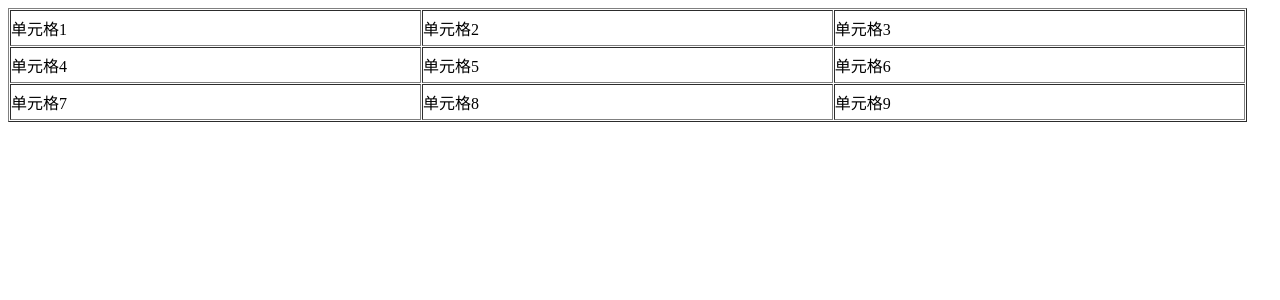
Repository: bookFireFly/bookFireFly
Page: HtmlAndCSS/鼠标经过单元格时提示P36.html
The author's editor kept a copy of each file at every save. The page is drawn from the files as they stood at one save, then again after the next save.
The browser window is 1280 px wide. The pictures show the whole page.

Above is the page before, as saved 2017-10-18 07:10:39.

### HtmlAndCSS/鼠标经过单元格时提示P36.html
<!DOCTYPE html>
<html>
<head>
<meta charset="UTF-8">
<title>鼠标经过单元格时提示P36.html</title>
</head>
<body>
<table width="98%" height="114" border="1" cellpadding="0" cellspacing="1" bgcolor="#FFFFFF">
  <tr>
    <td bgcolor="#FFFFFF" title="单元格1">单元格1</td>
    <td bgcolor="#FFFFFF" title="单元格2">单元格2</td>
    <td bgcolor="#FFFFFF" title="单元格3">单元格3</td>
  </tr>
  <tr>
    <td bgcolor="#FFFFFF" title="单元格4">单元格4</td>
    <td bgcolor="#FFFFFF" title="单元格5">单元格5</td>
    <td bgcolor="#FFFFFF" title="单元格6">单元格6</td>
  </tr>
  <tr>
    <td bgcolor="#FFFFFF" title="单元格7">单元格7</td>
    <td bgcolor="#FFFFFF" title="单元格8">单元格8</td>
    <td bgcolor="#FFFFFF" title="单元格9">单元格9</td>
  </tr>
</table>
</body>
</html>

After the next save:
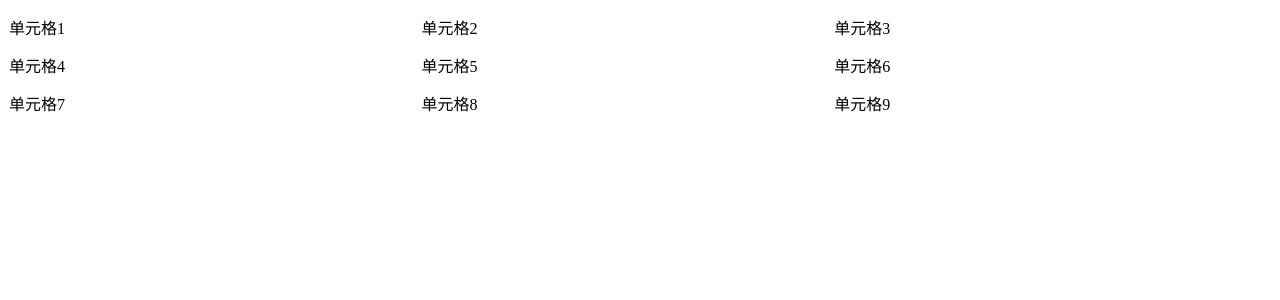
Saved 12 s later.
--- a/HtmlAndCSS/鼠标经过单元格时提示P36.html
+++ b/HtmlAndCSS/鼠标经过单元格时提示P36.html
@@ -5,7 +5,7 @@
 <title>鼠标经过单元格时提示P36.html</title>
 </head>
 <body>
-<table width="98%" height="114" border="1" cellpadding="0" cellspacing="1" bgcolor="#FFFFFF">
+<table width="98%" height="114" border="0.1" cellpadding="0" cellspacing="1" bgcolor="#FFFFFF">
   <tr>
     <td bgcolor="#FFFFFF" title="单元格1">单元格1</td>
     <td bgcolor="#FFFFFF" title="单元格2">单元格2</td>

After the 3 saves that followed:
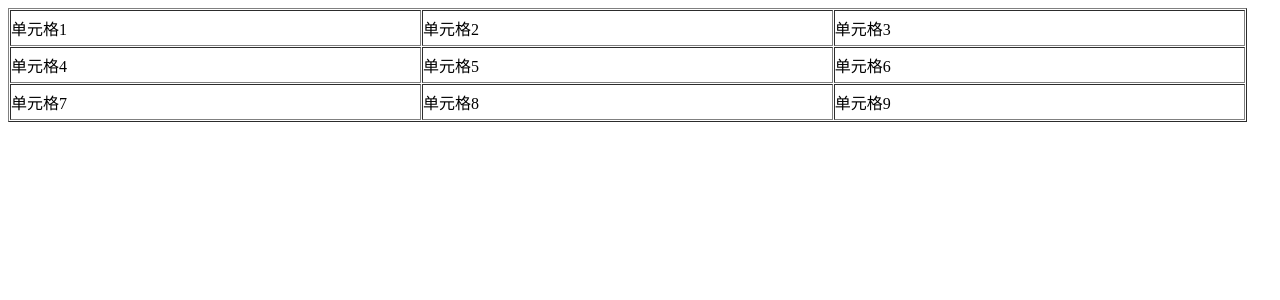
The 3 saves are shown as one change because 2 left the picture as it was.
The last was saved 24 s later.
--- a/HtmlAndCSS/鼠标经过单元格时提示P36.html
+++ b/HtmlAndCSS/鼠标经过单元格时提示P36.html
@@ -5,7 +5,7 @@
 <title>鼠标经过单元格时提示P36.html</title>
 </head>
 <body>
-<table width="98%" height="114" border="0.1" cellpadding="0" cellspacing="1" bgcolor="#FFFFFF">
+<table width="98%" height="114" border="1.9" cellpadding="0" cellspacing="1" bgcolor="#FFFFFF">
   <tr>
     <td bgcolor="#FFFFFF" title="单元格1">单元格1</td>
     <td bgcolor="#FFFFFF" title="单元格2">单元格2</td>
